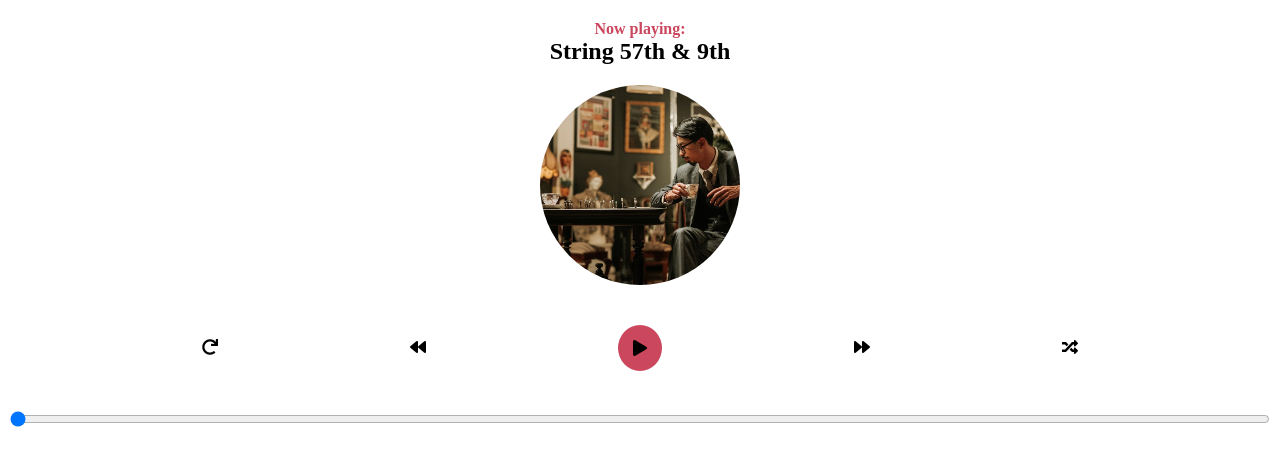
Repository: dovanthao2404/AppMusicPlayer
Page: index.html
These files come from the project's save history. The page is drawn as it stood at one moment and after the next save; the edit follows.
The browser window is 1280 px wide. The pictures show the whole page.

Above is the page before, as saved 2021-06-28 02:14:02.

### index.html
<!DOCTYPE html>
<html lang="en">

<head>
  <meta charset="UTF-8">
  <meta http-equiv="X-UA-Compatible" content="IE=edge">
  <meta name="viewport" content="width=device-width, initial-scale=1.0">
  <title>Music</title>
  <!-- FONTAWESOME -->
  <link rel="stylesheet" href="https://cdnjs.cloudflare.com/ajax/libs/font-awesome/5.15.3/css/all.min.css"
    integrity="sha512-iBBXm8fW90+nuLcSKlbmrPcLa0OT92xO1BIsZ+ywDWZCvqsWgccV3gFoRBv0z+8dLJgyAHIhR35VZc2oM/gI1w=="
    crossorigin="anonymous" referrerpolicy="no-referrer" />
  <!-- MAIN CSS -->
  <link rel="stylesheet" href="./css/app.css">
</head>

<body>
  <div class="player">
    <div class="dashboards">
      <!-- HEADER -->
      <header>
        <h4>Now playing:</h4>
        <h2>String 57th & 9th</h2>
      </header>

      <!-- CD -->
      <div id="cd" class="cd">
        <div class="thumb">
          <img src="./img/loinho.jpg" alt="">
        </div>
      </div>

      <!-- CONTROL -->
      <div class="controls" class="controls">
        <div class="btn btn-repeat">
          <i class="fa fa-redo"></i>
        </div>
        <div class="btn btn-prev">
          <i class="fa fa-backward"></i>
        </div>
        <div class="btn btn-toggle-play">
          <i class="fa fa-play"></i>
          <i class="fa fa-pause"></i>
        </div>
        <div class="btn btn-next">
          <i class="fa fa-forward"></i>
        </div>
        <div class="btn btn-random">
          <i class="fa fa-random"></i>
        </div>
      </div>

      <!-- PROGRESS -->
      <input id="progress" class="progress" value="0" step="1" min="0" max="100" type="range">

      <!-- AUDIO -->
      <audio id="audio" src=""></audio>

      <!-- PLAY LIST -->
      <div class="playlist">

      </div>
    </div>
  </div>
  <script src="./js/app.js"></script>
</body>

</html>

### css/app.css
/* GLOBAL */
* {
  padding: 0;
  margin: 0;
  box-sizing: border-box;
}
/* PLAYER */
.dashboards {
  margin: 0 10px;
}
header {
  text-align: center;
  margin: 20px 0;
}
header h4 {
  color: rgb(202, 71, 93);
}
.thumb {
  width: 200px;
  height: 200px;
  margin: auto;
}
.thumb img {
  border-radius: 50%;
  width: 100%;
  height: 100%;
  object-fit: cover;
}
.controls {
  display: flex;
  justify-content: space-evenly;
  align-items: center;
  margin: 40px 0;
}
.btn-toggle-play .fa {
  padding: 15px;
  border-radius: 50%;
  background-color: rgb(202, 71, 93);
}
.controls .fa-pause {
  display: none;
}
.progress {
  width: 100%;
}

Loaded but not shown: js/app.js (no stored copy; drawn as an empty file)

After the next save:
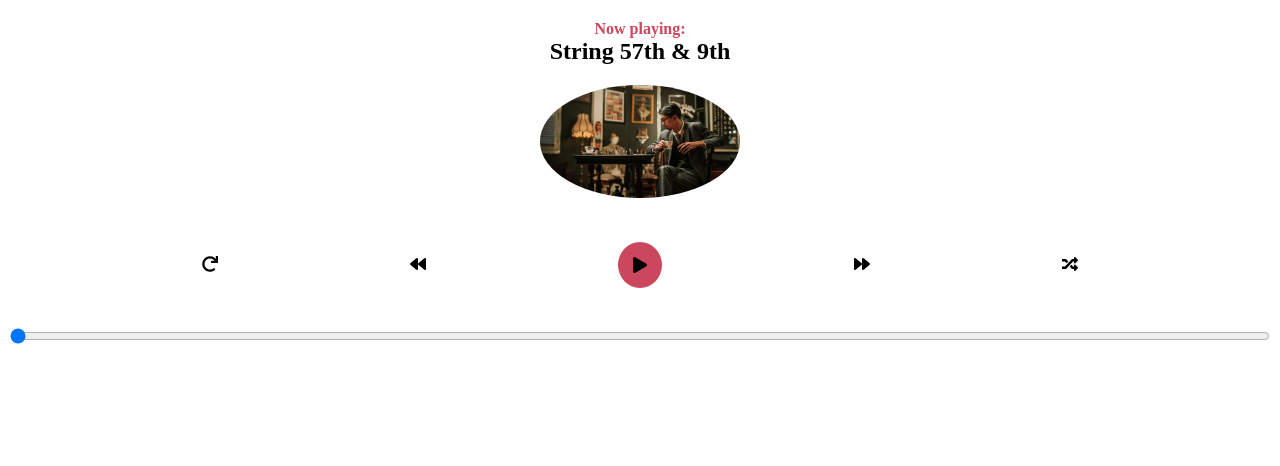
Saved 79 s later.
--- a/css/app.css
+++ b/css/app.css
@@ -17,7 +17,7 @@
 }
 .thumb {
   width: 200px;
-  height: 200px;
+  /* height: 200px; */
   margin: auto;
 }
 .thumb img {

After the 3 saves that followed:
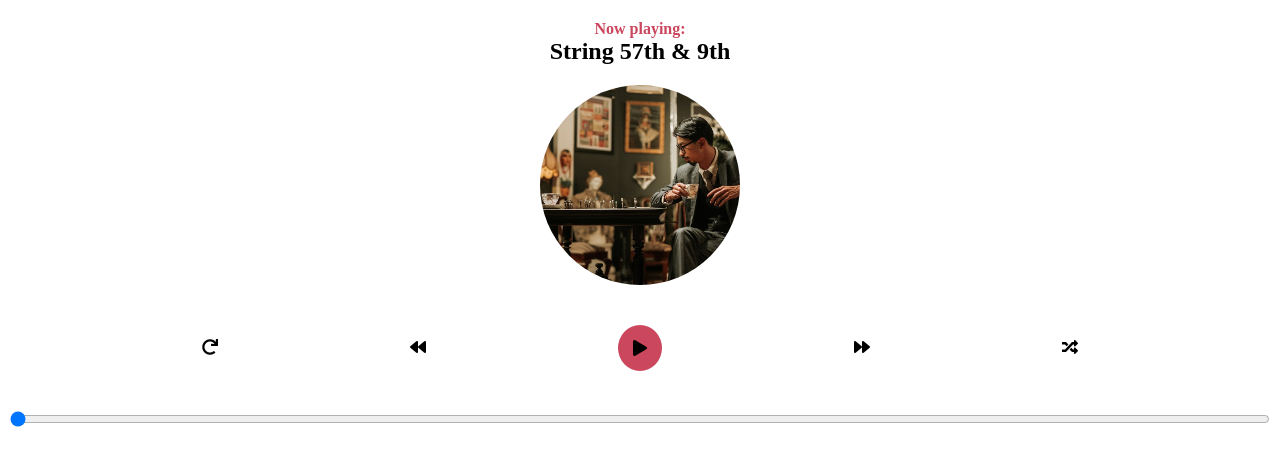
The 3 saves are shown as one change because they came seconds apart.
The last was saved 10 s later.
--- a/css/app.css
+++ b/css/app.css
@@ -17,7 +17,7 @@
 }
 .thumb {
   width: 200px;
-  /* height: 200px; */
+  height: 200px;
   margin: auto;
 }
 .thumb img {
